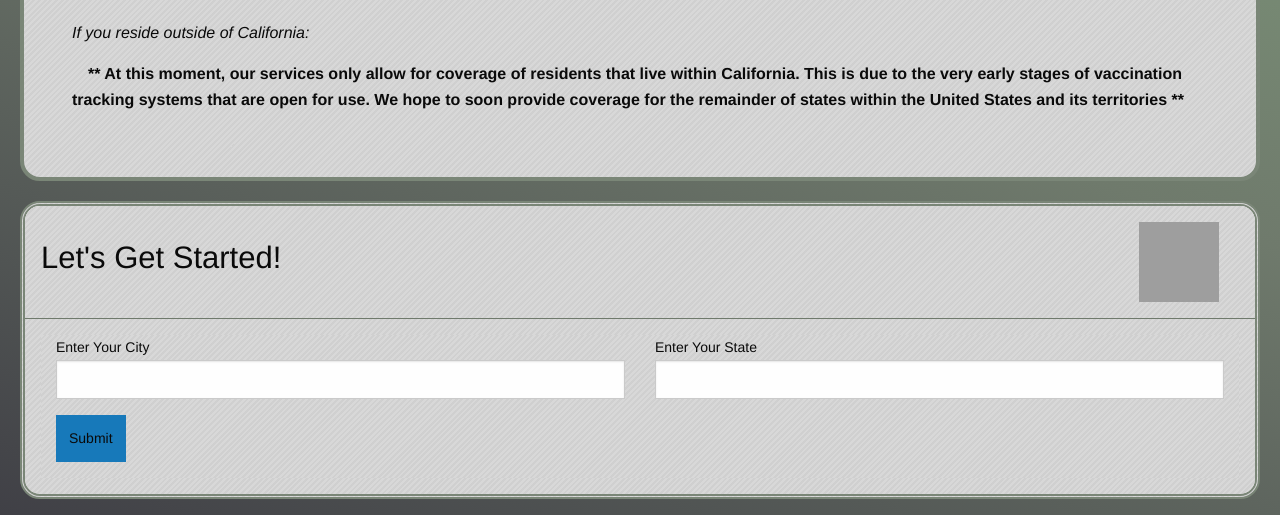
Repository: seddboi/Save-A-Shot
Page: index.html
These files come from the project's save history. The page is drawn as it stood at one moment and after the next save; the edit follows.
The browser window is 1280 px wide. The pictures show the part of the page from y = 1215 to 1730 px (the page is 1730 px tall before and 1728 px after).
Pictures or frames that could not be fetched are drawn as grey boxes. A picture or video elsewhere on the page could not be fetched, so the positions and the page height are approximate. The page's requests for data from a server got no answer. Some web libraries are served in a nearby version.

Above is the page before, as saved 2021-03-19 20:04:20.

After the next save:
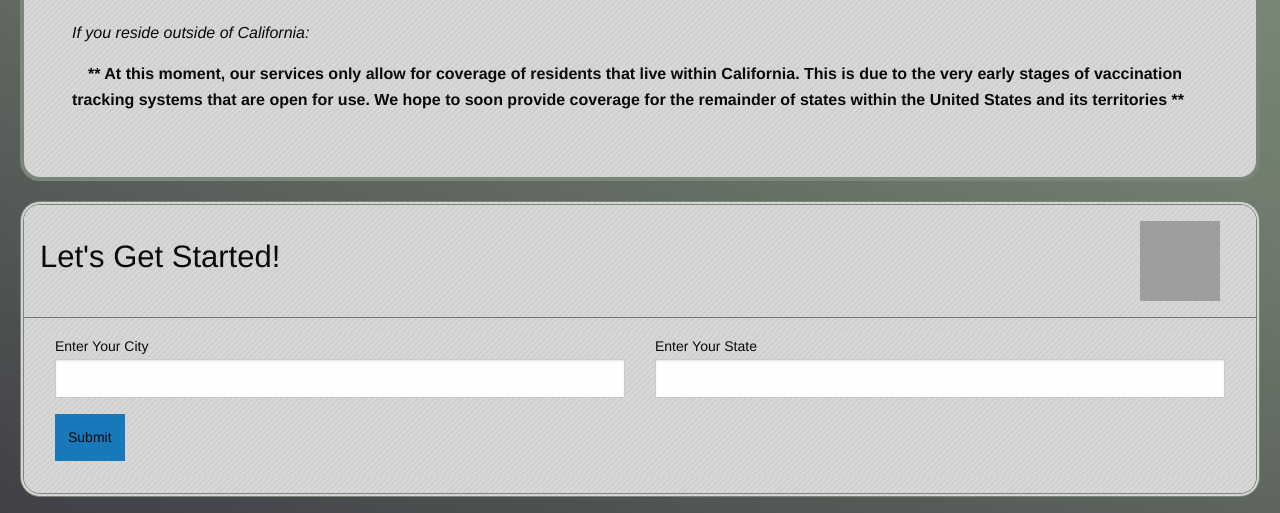
Saved 5 s later.
--- a/assets/css/style.css
+++ b/assets/css/style.css
@@ -43,7 +43,7 @@ body {
     margin-left: 20px;
     margin-right: 20px;
     margin-top: 20px;
-    border: 5px double #7a8677;
+    border: 4px double #7a8677;
     border-radius: 20px;
 }
 
